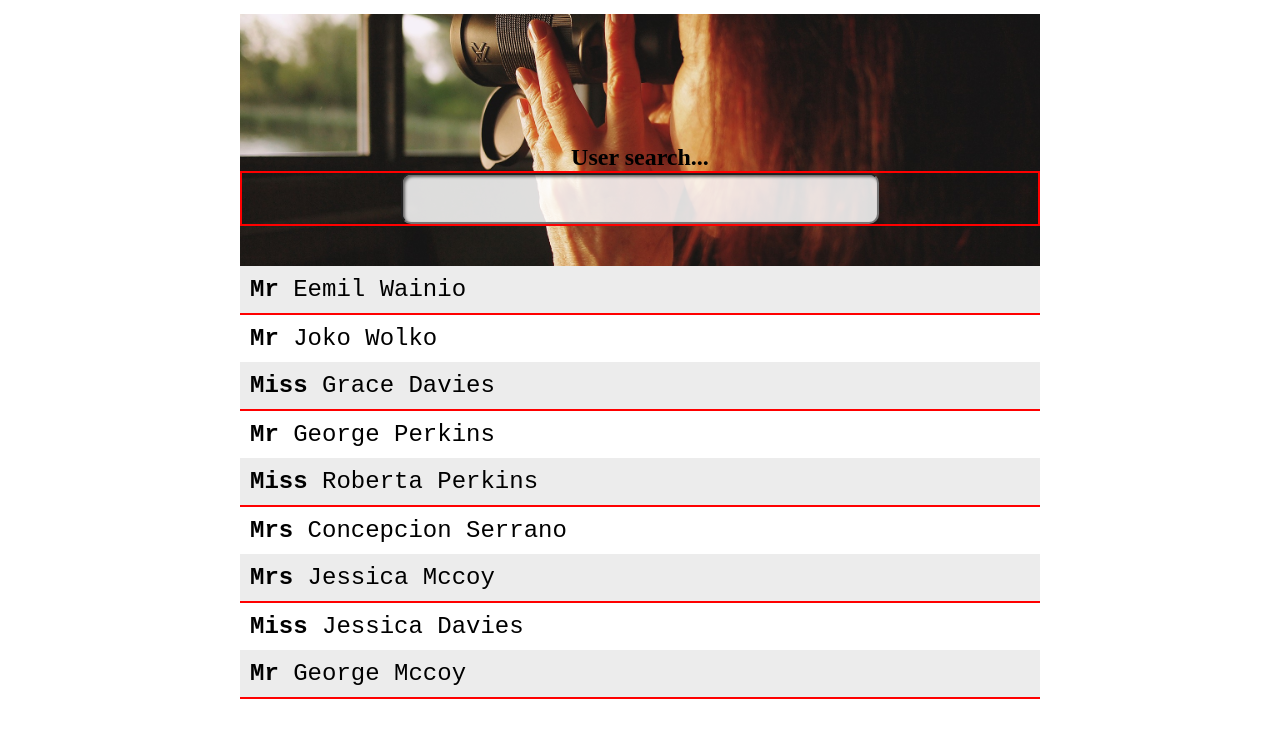
Repository: KrzysKolo/sr_tydzien5_zad4
Page: /
The author's editor kept a copy of each file at every save. The page is drawn from the files as they stood at one save, then again after the next save.
The browser window is 1280 px wide. The pictures show the whole page.
The project was rebuilt for these pictures with package versions that can differ from the ones it lists, and the page was loaded fresh each time.

Above is the page before, as saved 2021-01-03 05:41:10.

After the next save:
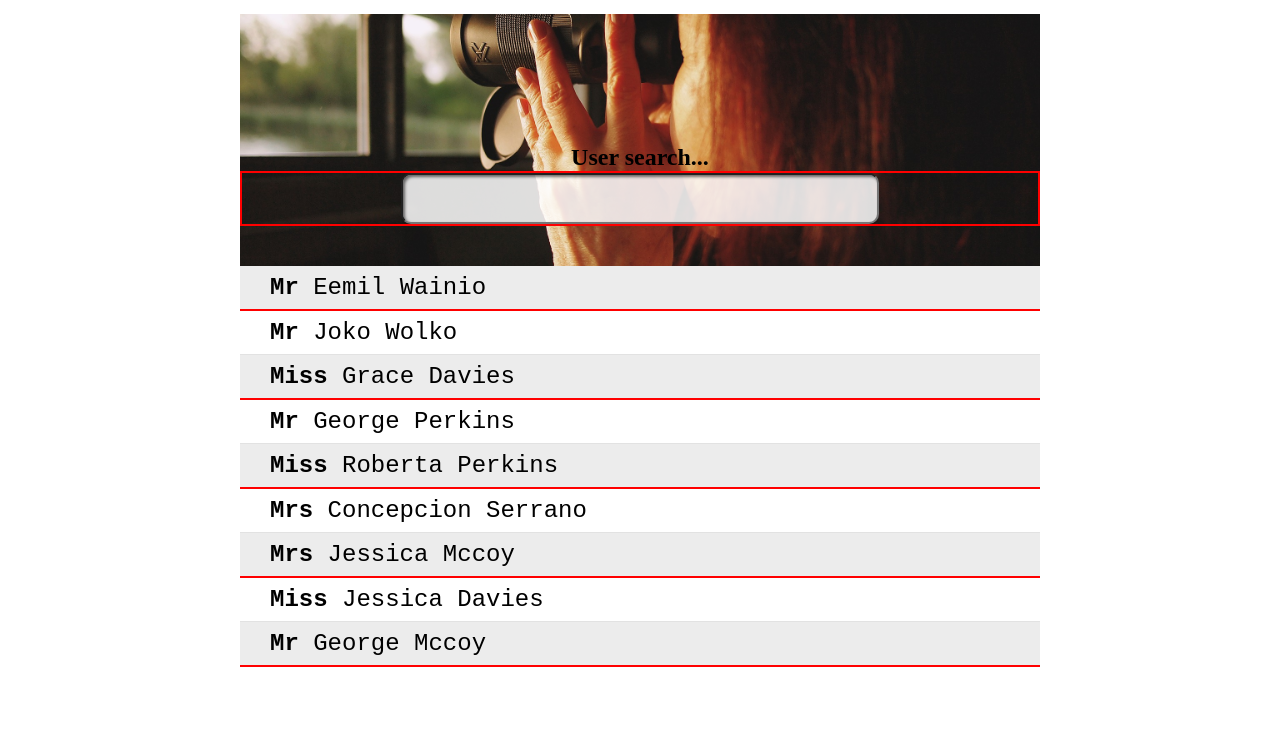
Saved 78 s later.
--- a/src/App.css
+++ b/src/App.css
@@ -44,6 +44,8 @@ section {
   font-family: "Courier New", Courier, monospace;
   padding: 10px;
   list-style: none;
+  padding: 8px 30px;
+  border-bottom: 1px solid rgb(226, 226, 226);
 }
 .user:nth-child(odd) {
   background: #ececec;
